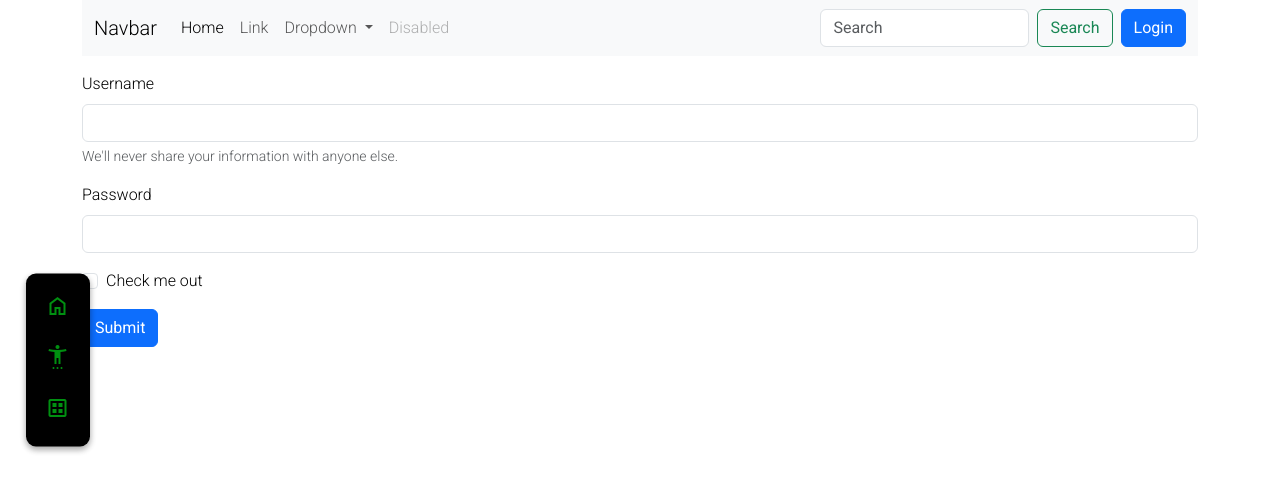
Repository: tuankiet10920/homeworkFEF
Page: /about
These files come from the project's save history. The page is drawn as it stood at one moment and after the next save; the edit follows.
The browser window is 1280 px wide. The pictures show the whole page.
The project was rebuilt for these pictures with package versions that can differ from the ones it lists, and the page was loaded fresh each time. Also part of the build but not shown: vite.config.js, src/views/HomeView.vue. Imported but missing from the stored project, and not drawn on this page: src/assets/audio/intro.mp3.

Above is the page before, as saved 2024-11-10 17:53:48.

After the next save:
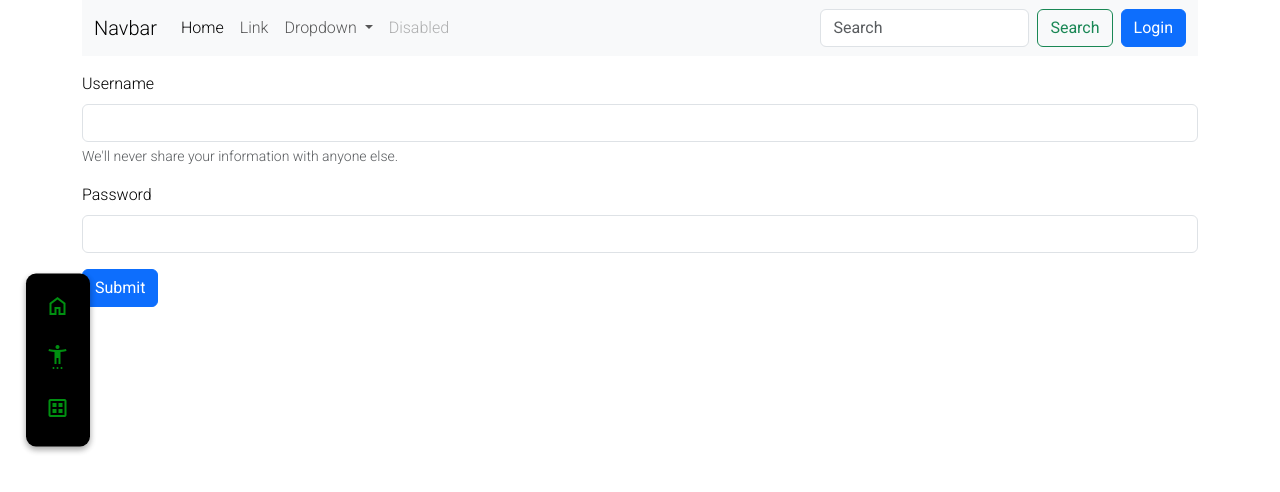
Saved 12 s later.
--- a/src/Labs/Lab3/Bai5.vue
+++ b/src/Labs/Lab3/Bai5.vue
@@ -89,10 +89,6 @@
           id="exampleInputPassword1"
         />
       </div>
-      <div class="mb-3 form-check">
-        <input type="checkbox" class="form-check-input" id="exampleCheck1" />
-        <label class="form-check-label" for="exampleCheck1">Check me out</label>
-      </div>
       <button type="submit" class="btn btn-primary">Submit</button>
     </form>
   </div>
